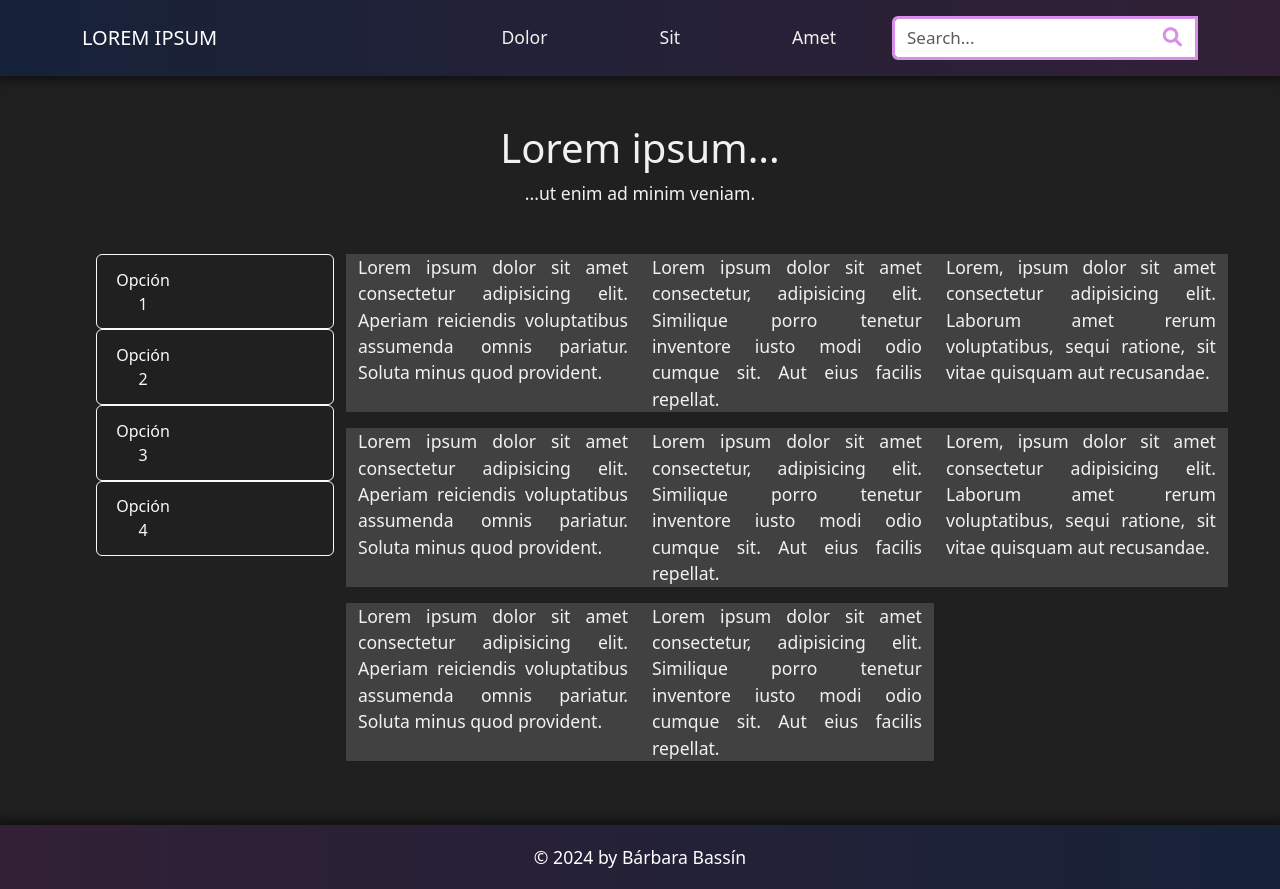
Repository: romancegirl/responsiveness
Page: index.html
An editor plug-in stored every save of this project. The page is shown before and after the next save, followed by the edit.
The browser window is 1280 px wide. The pictures show the whole page.

Above is the page before, as saved 2024-11-29 21:39:34.

After the next save:
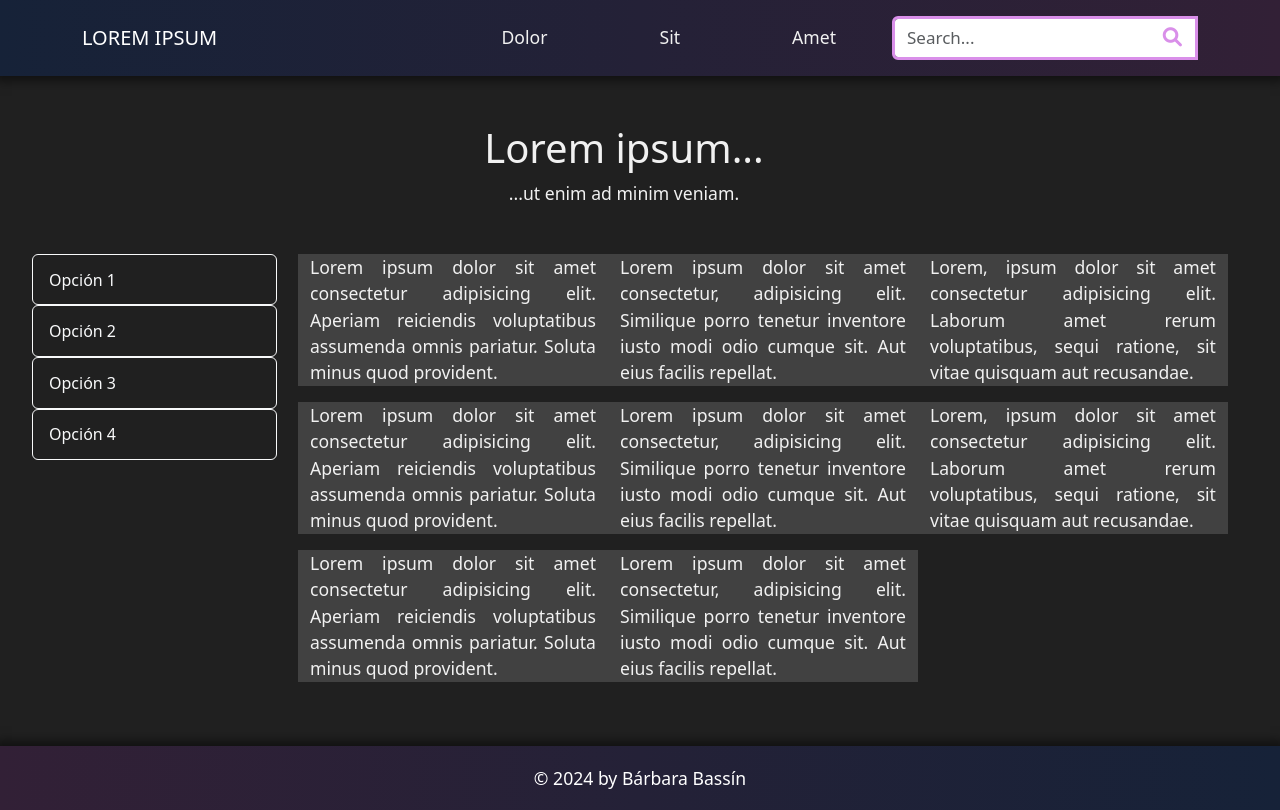
Saved 6 s later.
--- a/css/styles.css
+++ b/css/styles.css
@@ -16,7 +16,7 @@ h5 {
 
 .containerMain {
     padding: 0;
-    margin: 0 2rem 0;
+    margin: 0 2rem 0 0;
 }
 
 /* General */
